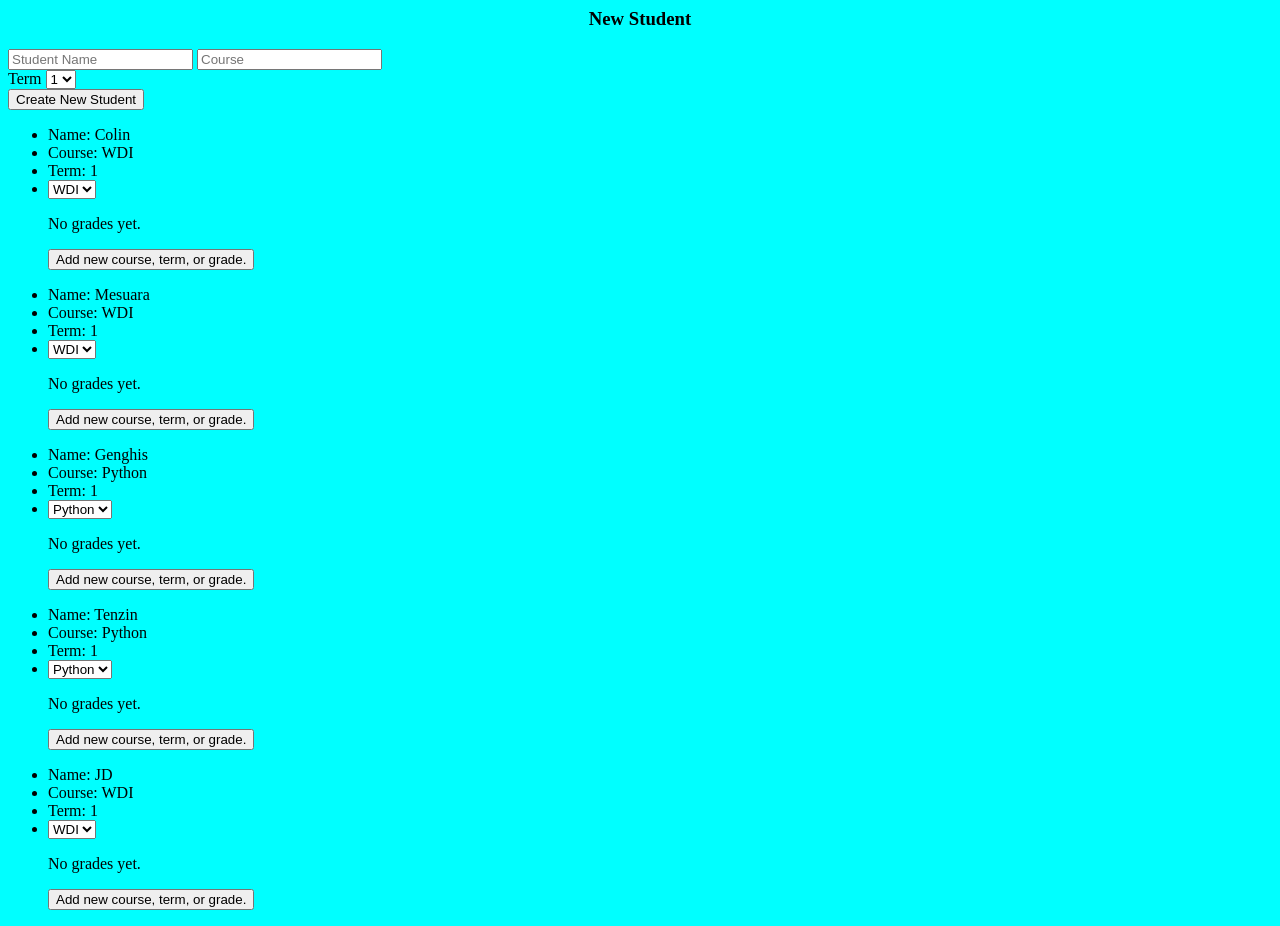
Repository: EdmontDantes/graderaide-ui
Page: index.html
The author's editor kept a copy of each file at every save. The page is drawn from the files as they stood at one save, then again after the next save.
The browser window is 1280 px wide. The pictures show the whole page.

Above is the page before, as saved 2020-04-21 14:14:32.

After the next save:
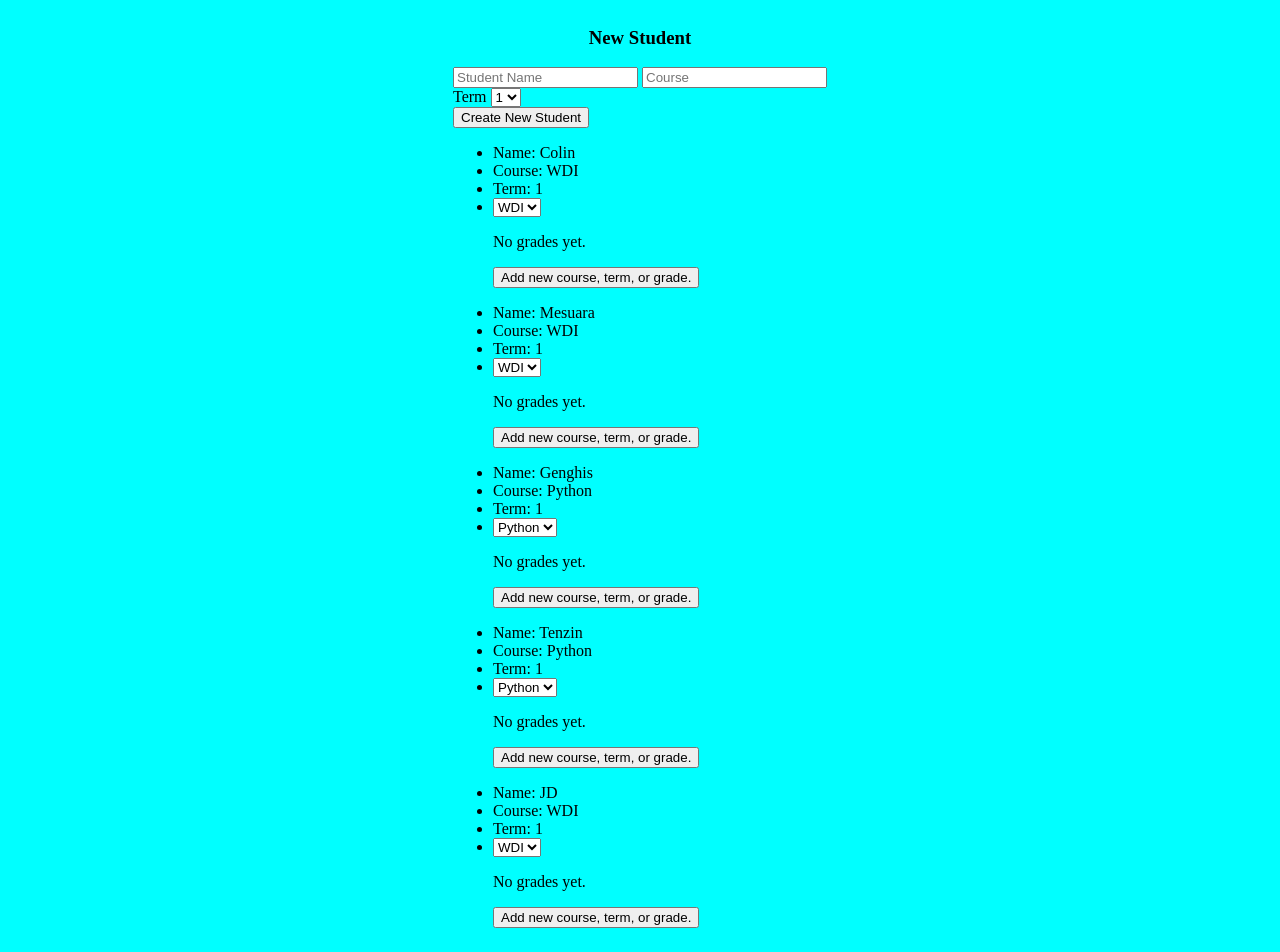
Saved 28 s later.
--- a/style.css
+++ b/style.css
@@ -1,7 +1,9 @@
 @media (min-width: 601px) and (max-width: 1100px);
 body {
     background-color: aqua;
-    /* flex-flow: wrap; */
+    display: flex;
+    flex-wrap: wrap;
+    justify-content: center;
 }
 
 #text-h1-creation-section {
